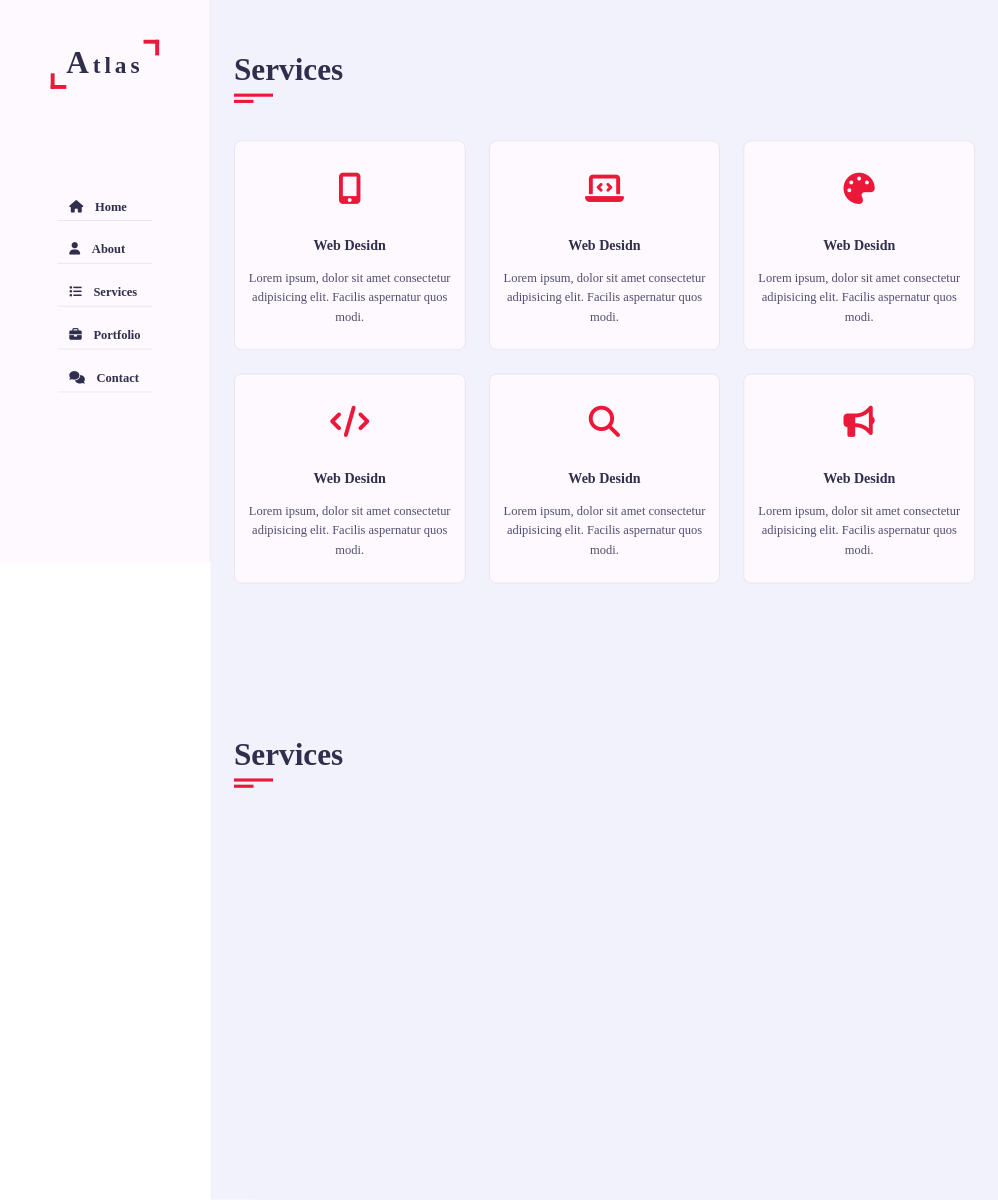
Repository: luanhoang0902/portfolio-ui
Page: index.html
The author's editor kept a copy of each file at every save. The page is drawn from the files as they stood at one save, then again after the next save.
The browser window is 1280 px wide. The pictures show the whole page, at 78% of full size.
Some web fonts or font styles are not loaded; a fallback is used. Some web libraries are served in a nearby version.

Above is the page before, as saved 2022-06-03 11:39:44.

After the next save:
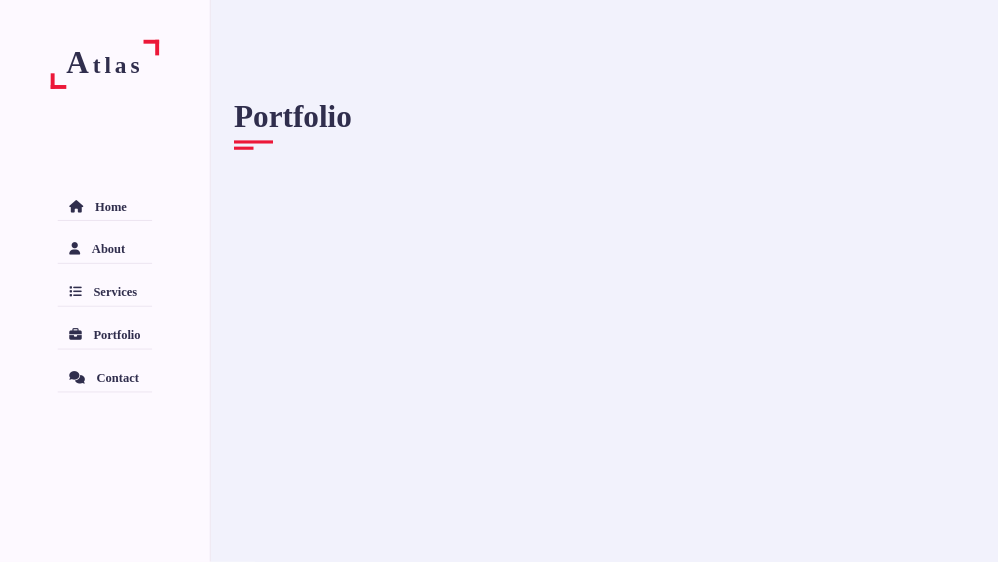
Saved 23 s later.
--- a/index.html
+++ b/index.html
@@ -302,7 +302,7 @@
         </section>
         <!--  ===== About Selection End> ===== -->
         <!--  ===== Services Selection Start> ===== -->
-        <section class="service section">
+        <section class="service section hidden">
           <div class="container">
             <div class="row">
               <div class="section-title padd-15">
@@ -386,7 +386,7 @@
             <div class="container">
               <div class="row">
                 <div class="section-title padd-15">
-                  <h2>Services</h2>
+                  <h2>Portfolio</h2>
                 </div>
               </div>
           </div>
